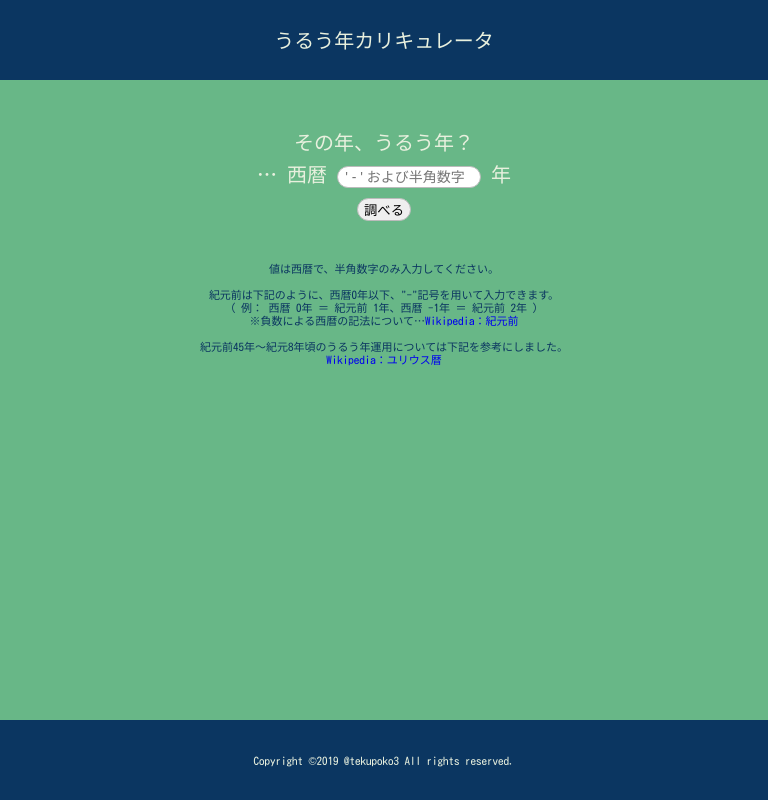
Repository: tekupoko3/leap_year_calculator
Page: leapyearcalc/judgeleapyear/templates/judgeleapyear/index.html
The author's editor kept a record of every edit. The page is drawn from the files as they stood at one moment, then again after the next edit.
The browser window is 768 px wide. The pictures show the whole page.
The template is drawn by Django 3.2. The application's start-up code is not run. Other server files are loaded and not shown. The template is opened directly, without the code that normally fills it, so the values that code supplies are empty.

Above is the page before.

### leapyearcalc/judgeleapyear/templates/judgeleapyear/index.html
<!DOCTYPE html>
<html lang="ja">
<head>
  <meta charset="UTF-8">
  <meta name="viewport" content="width=device-width, initial-scale=1.0">
  <meta http-equiv="X-UA-Compatible" content="ie=edge">

  <meta http-equiv="content-language" content="ja" />
  <meta name="description" content="シンプルなうるう年判定器です。" />
  <meta name="keywords" content="うるう年, 閏年, leap year, 計算, 判定, カリキュレータ" />
  <meta name="creation date" content="December 15, 2019" />
  <meta name="copyright" content="Copyright (C) 2019 @tekupoko3" />
  <meta name="country code" scheme="81" />
  <link rel="start" href="https://leapyearcalc.herokuapp.com" />
  <meta name="Targted Geographic Area" content="Japan" />
  <meta name="distribution" content="Global" />
  <meta name="coverage" content="Japan" />
  <meta name="classification" content="エンターテイメント" />
  <meta name="rating" content="All Ages" />
  <meta name="robots" content="NOARCHIVE" />
  <meta http-equiv="pragma" content="no-cache" />
  <meta name="robots" content="NOIMAGEINDEX" />
  <meta name="robots" content="NOIMAGECLICK" />
  <meta http-equiv="imagetoolbar" content="no" />
  <meta name="robots" content="NOODP" />
  <meta name="robots" content="NOYDIR" />
  <meta name="format-detection" content="telephone=no,email=no" />


  <title>うるう年カリキュレータ</title>


  {% load static %}
  <link rel="stylesheet" href="{% static "judgeleapyear/reset.css" %}" type="text/css" />
  <link href="https://fonts.googleapis.com/css?family=Kosugi+Maru&display=swap" rel="stylesheet">
  <link rel="stylesheet" href="{% static "judgeleapyear/base.css" %}" type="text/css" />
  <link rel="stylesheet" href="{% static "judgeleapyear/index.css" %}" type="text/css" />
</head>
<body>
  <header>
    <div class="navbar">
      <div class="headertitle">
        <a href="/"><p>うるう年カリキュレータ</p></a>
      </div>
    </div>
    <div class="flash">

    </div>
  </header>
  <main>
    <div class="mainwrapper">
      <div class="yearform">
        <form action="calc" id="yearinput" method="post">
          {% csrf_token %}
          <p>その年、うるう年？</p>
          <div class="inputblock">
              … 西暦
            {% if year is None %}
              <input type="text" name="year" placeholder="' - ' および半角数字" class="inputbox" pattern="-?[0-9]+" title="半角負号' - '（任意）と、連続した半角数字のみで入力して下さい。" required />
            {% else %}
              <input type="text" name="year" placeholder="' - ' および半角数字" value='{{ year }}' class="inputbox" pattern="-?[0-9]+" title="半角負号' - '（任意）と、連続した半角数字のみで入力して下さい。" required />
            {% endif %}
            年
          </div>
          <input type="submit" value="調べる" class="button">
        </form>
      </div>
      {% if not error is None %}
      <div class="error-text">
          <p>{{ error }}</p>
      </div>
      {% endif %}
      <p>値は西暦で、半角数字のみ入力してください。</p>
      <br>
      <p>紀元前は下記のように、西暦0年以下、"-"記号を用いて入力できます。</p>
      <p>（ 例： 西暦 0年 ＝ 紀元前 1年、西暦 -1年 ＝ 紀元前 2年 ）</p>
      <p>※負数による西暦の記法について…<a href="https://ja.wikipedia.org/wiki/%E7%B4%80%E5%85%83%E5%89%8D#%E5%A4%A9%E6%96%87%E5%AD%A6%E3%81%AB%E3%81%8A%E3%81%91%E3%82%8B%E7%B4%80%E5%85%83%E5%89%8D" target="_blank">Wikipedia：紀元前</a></p>
      <br>
      <p>紀元前45年〜紀元8年頃のうるう年運用については下記を参考にしました。</p>
      <p><a href="https://ja.wikipedia.org/wiki/%E3%83%A6%E3%83%AA%E3%82%A6%E3%82%B9%E6%9A%A6#%E9%81%8B%E7%94%A8" target="_blank">Wikipedia：ユリウス暦</a></p>
      {% if not result is None %}
        {% if result == "ユリウス暦以前" %}
          <div class="result">
            <p>紀元前46年以前には<span>うるう年の概念は<br class="sp-br">ありませんでした。</span></p>
          </div>
        {% elif year >= 5000000000 %}
          <div class="result">
            <p>{{ year_text }}年は<span>{{ result }}</span>ですが、<br><span>その頃には地球は<br><a href="https://news.livedoor.com/article/detail/15371910/" target="_blank">太陽に飲み込まれている</a>かもしれません。</span></p>
          </div>
        {% elif year >= 1750000000 %}
          <div class="result">
            <p>{{ year_text }}年は<span>{{ result }}</span>ですが、<br><span>その頃には<a href="https://matome.naver.jp/odai/2138299155821433901" target="_blank">地球上に生物がいない</a>かもしれません。</span></p>
          </div>
        {% else %}
          <div class="result">
            <p>{{ year_text }}年は<span>{{ result }}</span>です。</p>
          </div>
        {% endif %}
      {% endif %}
    </div>
  </main>
  <footer>
    <p>Copyright ©2019 <a href="https://twitter.com/tekupoko3" target="_blank">@tekupoko3</a> All rights reserved.</p>
  </footer>
</body>
</html>

### leapyearcalc/judgeleapyear/static/judgeleapyear/base.css
html, body, div, span, object, iframe,
h1, h2, h3, h4, h5, h6, p, blockquote, pre,
abbr, address, cite, code,
del, dfn, em, img, ins, kbd, q, samp,
small, strong, sub, sup, var,
b, i,
dl, dt, dd, ol, ul, li,
fieldset, form, label, legend,
table, caption, tbody, tfoot, thead, tr, th, td,
article, aside, canvas, details, figcaption, figure,
footer, header, hgroup, menu, nav, section, summary,
time, mark, audio, video {
  font-family: 'Kosugi Maru', sans-serif;
  -webkit-box-sizing: border-box;
  -moz-box-sizing: border-box;
  box-sizing: border-box;
}

a {
  text-decoration: none;
}

### leapyearcalc/judgeleapyear/static/judgeleapyear/index.css
header .navbar{
  background-color: #0B3661;
  width: 100vw;
  height: 20vh;
  display: flex;
  flex-flow: row wrap;
  justify-content: space-around;
  align-items: center;
}

.headertitle a{
  text-decoration: none;
}

.headertitle > a > p{
  color: #E8F0DE;
  flex: 0 1 auto;
  display: block;
  font-size: 40px;
}

main{
  width: 100vw;
  height: 70vh;
}

main .mainwrapper{
  background-color: #68B787;
  width: 100vw;
  height: 100%;
  text-align: center;
  padding: 2px;
  color: #0B3661;
  font-size: 13px;
}

main .mainwrapper .yearform{
  display: flex;
  width: 100%;
  padding-top: 50px;
  padding-bottom: 40px;
  flex-flow: row wrap;
  justify-content: center;
  align-items: center;
}

main .mainwrapper .yearform > form > p{
  display: inline;
  vertical-align: middle;
  flex: 0 1 auto;
  color: #E8F0DE;
  font-size: 20px;
  padding-top: 2px;
}

.inputblock{
  display: inline-block;
  vertical-align: middle;
  min-width: 280px;
  flex: 0 1 auto;
  color: #E8F0DE;
  font-size: 20px;
  padding-top: 2px;
}

main .mainwrapper > p{
  vertical-align: middle;
  color: #0B3661;
  font-size: 13px;
  padding-top: 2px;
}

main .mainwrapper > p > a{
  text-decoration: none;
}

.inputbox{
  flex: 0 1 auto;
  width: 130px;
  -webkit-border-radius: 20px;
  -moz-border-radius: 20px;
  text-align: center;
  vertical-align: middle;
  border: 1px solid #bbb;
  border-radius: 20px;
  font-size: 16px;
  color: #333;
  padding-right: 10px;
  ime-mode: disabled;
}

.inputbox::-webkit-input-placeholder {
  font-size: 14px;
}
.inputbox:-moz-placeholder {
  font-size: 14px;
}
.inputbox::-moz-placeholder {
  font-size: 14px;
}
.inputbox:-ms-input-placeholder {
  font-size: 14px;
}

.button{
  flex: 0 1 auto;
  vertical-align: middle;
  border: 1px solid #bbb;
  -webkit-border-radius: 20px;
  -moz-border-radius: 20px;
  border-radius: 20px;
}

.error-text > p{
  color: #922;
  font-size: 13px;
  margin-bottom: 10px;
}

main .mainwrapper .result{
  margin-top: 20px;
  display: flex;
  flex-flow: row wrap;
  justify-content: space-around;
  align-items: center;
}

main .mainwrapper .result > p{
  color: #E8F0DE;
  font-size: 30px;
}

main .mainwrapper .result > p > span{
  color: #E8F0DE;
  font-size: 60px;
}

footer {
  background-color: #0B3661;
  width: 100vw;
  height: 10vh;
  display: flex;
  flex-flow: row wrap;
  justify-content: space-around;
  align-items: center;
}

footer p{
  color: #E8F0DE;
  flex: 0 1 auto;
  display: block;
  font-size: 15px;
}

footer p > a{
  color: #E8F0DE;
  flex: 0 1 auto;
  text-decoration: none;
}

@media screen and (min-width:780px){
  .sp-br{
    display: none;
  }

}

@media screen and (max-width:780px){
  header .navbar{
    height: 10vh;
  }

  .headertitle a > p{
    font-size: 20px;
    flex-flow: row wrap;
    justify-content: center;
    align-items: center;
    vertical-align: middle;
  }

  main{
    height: 80vh;
  }

  main .mainwrapper p{
    color: #0B3661;
    font-size: 11px;
    padding-top: 2px;
  }

  .inputblock{
    display: block;
    margin: 10px;
  }

  main .mainwrapper .error-text > p{
    color: #922;
    display: block;
    width: 400px;
    margin: auto;
    margin-top: 10px;
    margin-bottom: 10px;
    font-size: 11px;
    text-align: center;
  }


  main .mainwrapper .result{
    display: flex;
    flex-flow: row wrap;
    justify-content: center;
    align-items: center;
    vertical-align: middle;

  }

  main .mainwrapper .result > p{
    flex: 0 1 auto;
    color: #E8F0DE;
    font-size: 20px;
  }


  main .mainwrapper .result > p > span{
    flex: 0 1 auto;
    width: 350px;
    color: #E8F0DE;
    font-size: 25px;
    display: block;
    padding: 10px 40px;
    word-wrap:break-word;
  }

  footer p{
    font-size: 11px;
  }
}

Loaded but not shown: leapyearcalc/judgeleapyear/static/judgeleapyear/reset.css (common file)

After the next edit:
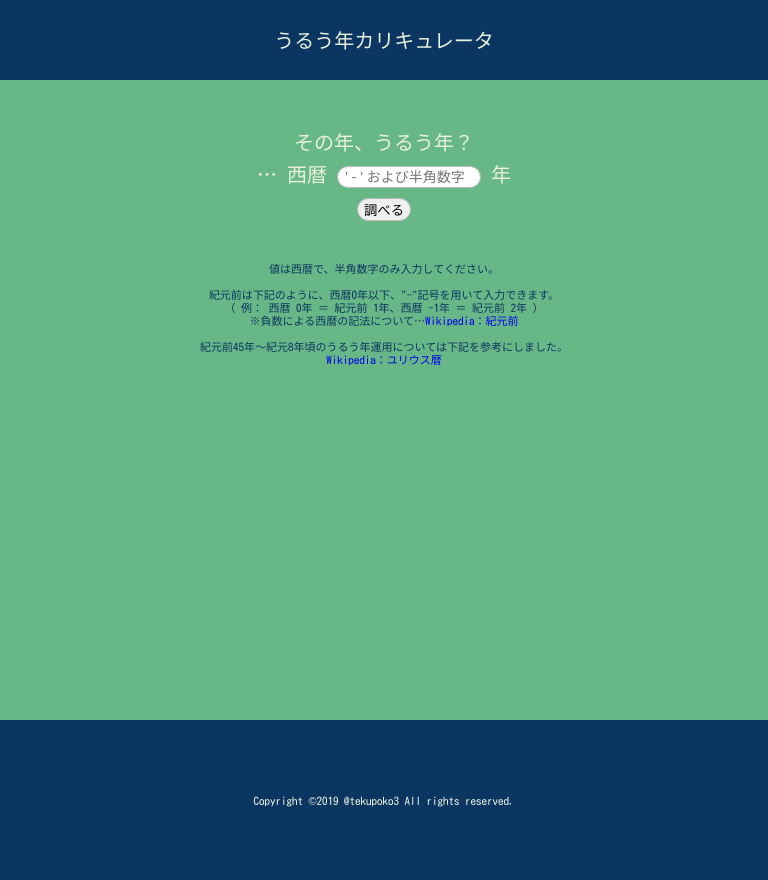
The edit:
--- a/leapyearcalc/judgeleapyear/static/judgeleapyear/index.css
+++ b/leapyearcalc/judgeleapyear/static/judgeleapyear/index.css
@@ -231,6 +231,11 @@
     word-wrap:break-word;
   }
 
+  footer {
+    height: 20vh;
+  }
+
+
   footer p{
     font-size: 11px;
   }
